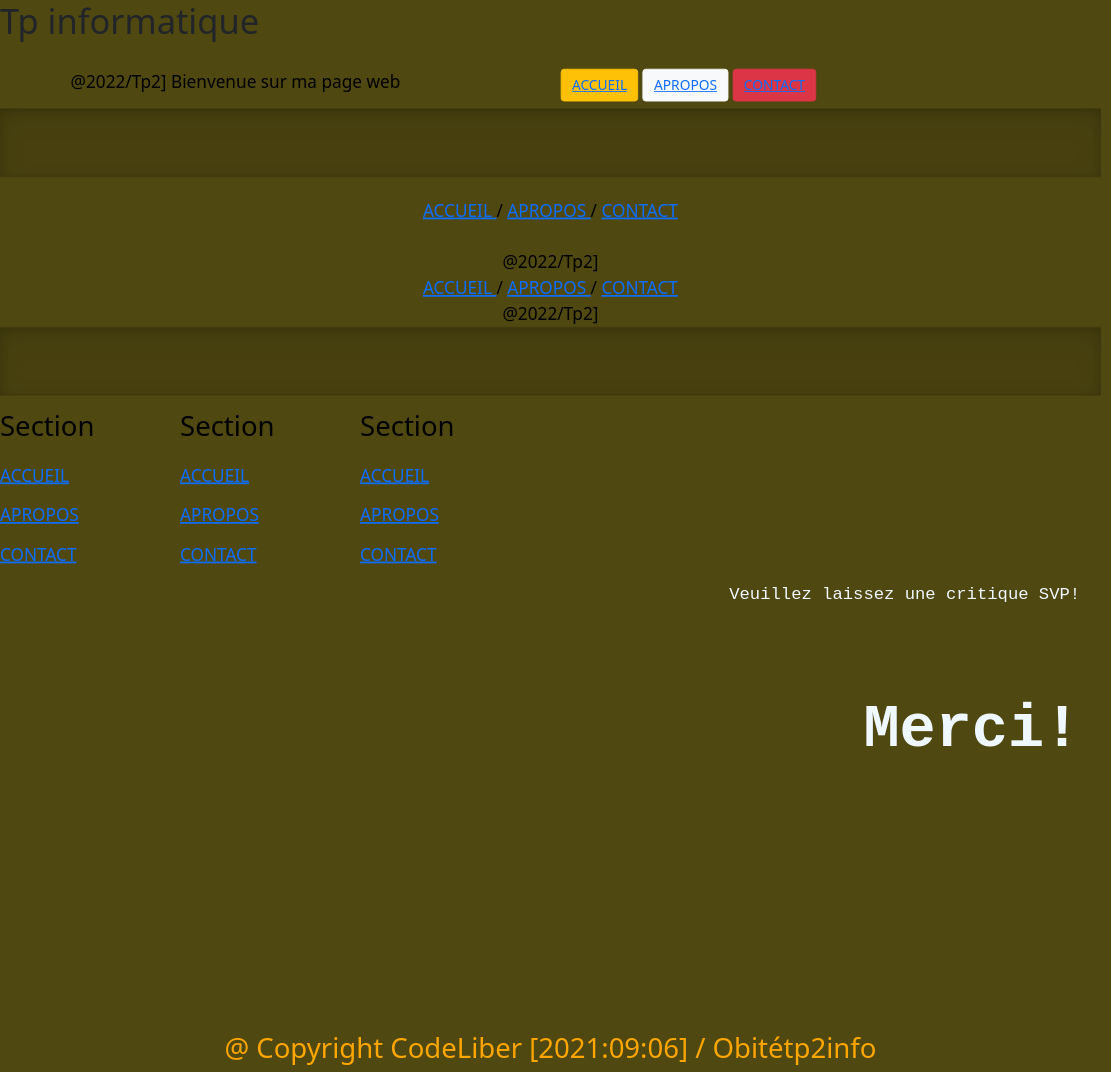
Repository: zezesylvain/cours-l3-info-2023-2024
Page: k.obite/Tp 2/Tp2/Index.html
These files come from the project's save history. The page is drawn as it stood at one moment and after a run of saves; the edit follows.
The browser window is 1280 px wide. The page is 1292 px wide, so the pictures cover 1292 px, including what lies to the right of the window. The pictures show the part of the page from y = 200 to 1446 px (the page is 1446 px tall before and 1386 px after), at 86% of full size.

Above is the page before, as saved 2021-12-15 11:16:42.

### k.obite/Tp 2/Tp2/Index.html
<!doctype html>
<html lang="en">
  <head>
    <!-- Required meta tags -->
    <meta charset="utf-8">
    <meta name="viewport" content="width=device-width, initial-scale=1">

    <!-- Bootstrap CSS -->
    <link href="https://cdn.jsdelivr.net/npm/bootstrap@5.1.3/dist/css/bootstrap.min.css" rel="stylesheet" integrity="sha384-1BmE4kWBq78iYhFldvKuhfTAU6auU8tT94WrHftjDbrCEXSU1oBoqyl2QvZ6jIW3" crossorigin="anonymous">
    <link rel="stylesheet" href="style.css">

    <title>Tp2, programmation, web</title>
  </head>

      <img  id="photo0" src="img10.png">
       <h1> Tp informatique </h1>


    <nav>

    </nav>

  <body>

 <br>


    <div class="container">
      <div class="row">
        <div class="col-md-6">
          <p>@2022/Tp2] Bienvenue sur ma page web</p>
        </div>
             <div class="col-md-6">
                <button type="button" class="btn btn-warning"> <a href="index.html"> ACCUEIL </a>  </button>
                <button type="button" class="btn btn-light"> <a href="about.html"> APROPOS </a> </button>
                <button type="button" class="btn btn-danger"> <a href="contact.html">  CONTACT </a></button>
             </div>
      </div>
    </div>

    <div id="vide"> </div>

<br>


    <div class="container">
       <div class="row">

<br>
<br>
         <div  class="col-md-12" id="fichier11">
           <a href="index.html"> ACCUEIL </a> /
           <a href="about.html"> APROPOS </a> /
           <a href="contact.html">  CONTACT </a>
         </div>
         <div id="deco" class="col-md-12">
            @2022/Tp2]
         </div>
        </div></div>










            <div  class="col-md-12" id="fichier11">

                <a href="index.html"> ACCUEIL </a> /
                <a href="about.html"> APROPOS </a> /
                <a href="contact.html">  CONTACT </a>

              </div>

             <div id="deco" class="col-md-12"> @2022/Tp2]

             </div>

            </div>
          </div>

     <div id="vide"> </div>

      <div class="row">

    <br>

         <div class="row">

         <p  class="col-md-6" id="fichier111">

           <div class="row">
          <h2 class="col-md-2"> Section </h2>
          <h2 class="col-md-2"> Section </h2>
          <h2 class="col-md-2"> Section </h2>

        </div>
        </p>

         <p class="row">

          <a class="col-md-2" href="index.html"> ACCUEIL  </a>
         <a  class="col-md-2" href="Index.html"> ACCUEIL </a>
         <a class="col-md-2" href="Index.html"> ACCUEIL </a>
         </p>

         <p class="row">

         <a class="col-md-2" href="about.html">  APROPOS  </a>
         <a class="col-md-2" href="Index.html"> APROPOS </a>
         <a class="col-md-2" href="Index.html"> APROPOS </a>
         </p>

         <p class="row">

         <a class="col-md-2" href="contact.html"> CONTACT  </a>
         <a class="col-md-2" href="Index.html"> CONTACT </a>
         <a class="col-md-2" href="Index.html"> CONTACT </a>
         </p>

         <p id="deco2" class="col-md-12"> Veuillez laissez une critique SVP!
           <br>
           <br>
           <br>
           <br>

          <b id="merci"> Merci!</b>

        </p>

         </p>


     <br>
     <br>
     <br>


        </div>

        </div>

        <br>
        <br>
        <br>
        <br>
        <br>
        <br>
        <br>
        <br>


        <footer>
          <h2 id="copy"> @ Copyright CodeLiber [2021:09:06] / Obitétp2info </h2>
       </footer>






    <!-- Optional JavaScript; choose one of the two! -->

    <!-- Option 1: Bootstrap Bundle with Popper -->
    <script src="https://cdn.jsdelivr.net/npm/bootstrap@5.1.3/dist/js/bootstrap.bundle.min.js" integrity="sha384-ka7Sk0Gln4gmtz2MlQnikT1wXgYsOg+OMhuP+IlRH9sENBO0LRn5q+8nbTov4+1p" crossorigin="anonymous"></script>

    <!-- Option 2: Separate Popper and Bootstrap JS -->
    <!--
    <script src="https://cdn.jsdelivr.net/npm/@popperjs/core@2.10.2/dist/umd/popper.min.js" integrity="sha384-7+zCNj/IqJ95wo16oMtfsKbZ9ccEh31eOz1HGyDuCQ6wgnyJNSYdrPa03rtR1zdB" crossorigin="anonymous"></script>
    <script src="https://cdn.jsdelivr.net/npm/bootstrap@5.1.3/dist/js/bootstrap.min.js" integrity="sha384-QJHtvGhmr9XOIpI6YVutG+2QOK9T+ZnN4kzFN1RtK3zEFEIsxhlmWl5/YESvpZ13" crossorigin="anonymous"></script>
    -->
  </body>
</html>

### k.obite/Tp 2/Tp2/style.css

#copy{

    color: rgb(255, 166, 00);
    text-align: center;
}

body{

    background-color:rgb(80, 72, 17)

}




#photo0{

    width: 100%;
    height: 200px;

}



#fichier1{

    font-size: 40px;
    text-align: right;
    color: aliceblue

}

div{


    border: 2px;
    text-align: left;
    font-size: 20px;
    color: black;

}

#vide{

    height: 5rem;
    background-color: rgba(0, 0, 0, 0.1);
    border: solid rgba(0, 0, 0, 0.15);
    border-width: 1px 0;
    box-shadow: inset 0 .5em 1.5em rgba(0, 0, 0, .1), inset 0 .125em .5em rgba(0, 0, 0, .15);
}

#deco{

    text-align: center;
}

#fichier11{

    text-align: center;
}

#deco2{

    color:aliceblue;
    font-family: 'Courier New', Courier, monospace;
    text-align: right;
}

#merci{
    font-size: 70px;
}

#msg{



}

After the next 2 saves:
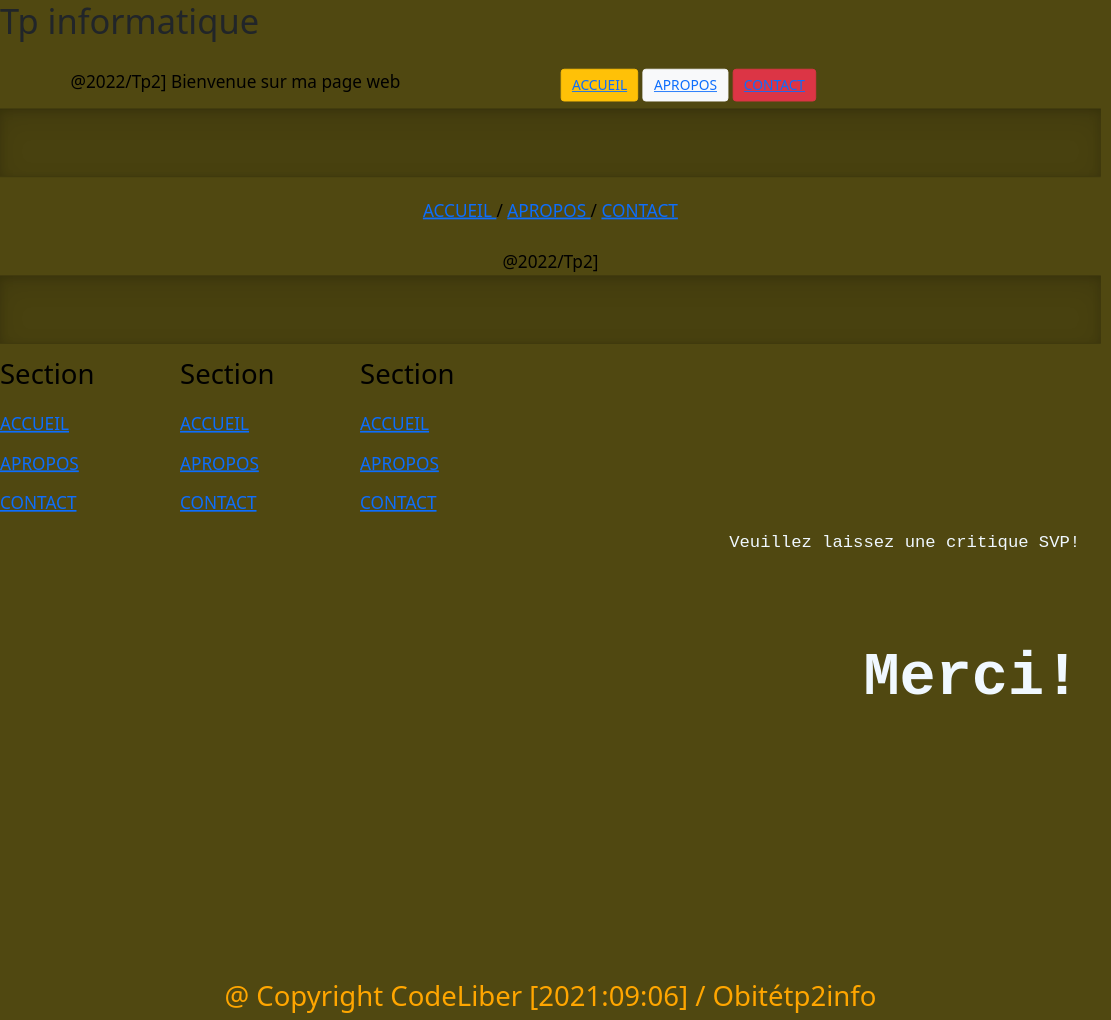
The 2 saves are shown as one change because they came seconds apart.
The last was saved 62 s later.
--- a/k.obite/Tp 2/Tp2/Index.html
+++ b/k.obite/Tp 2/Tp2/Index.html
@@ -56,31 +56,9 @@
          <div id="deco" class="col-md-12">
             @2022/Tp2]
          </div>
-        </div></div>
+        </div>
+      </div>
 
-
-
-
-
-
-
-
-
-
-            <div  class="col-md-12" id="fichier11">
-
-                <a href="index.html"> ACCUEIL </a> /
-                <a href="about.html"> APROPOS </a> /
-                <a href="contact.html">  CONTACT </a>
-
-              </div>
-
-             <div id="deco" class="col-md-12"> @2022/Tp2]
-
-             </div>
-
-            </div>
-          </div>
 
      <div id="vide"> </div>
 
